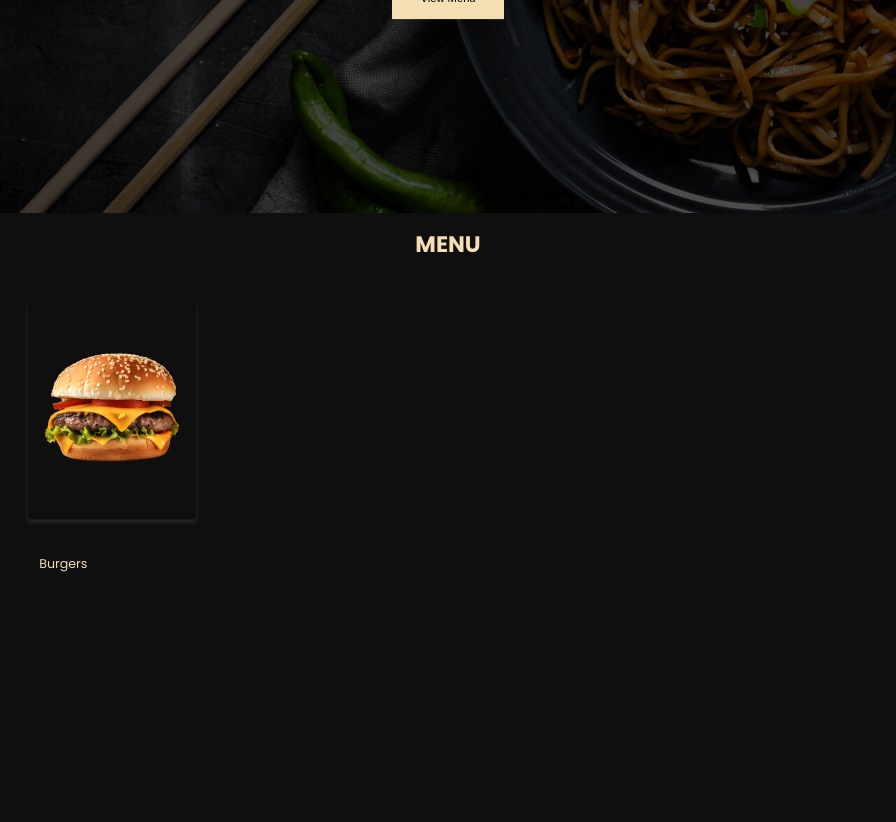
Repository: ThisIsSahaj/NSP
Page: index.html
The author's editor kept a copy of each file at every save. The page is drawn from the files as they stood at one save, then again after the next save.
The browser window is 1280 px wide. The pictures show the part of the page from y = 706 to 2626 px (the page is 1880 px tall before and 2626 px after), at 70% of full size.

Above is the page before, as saved 2023-12-26 22:36:07.

After the next save:
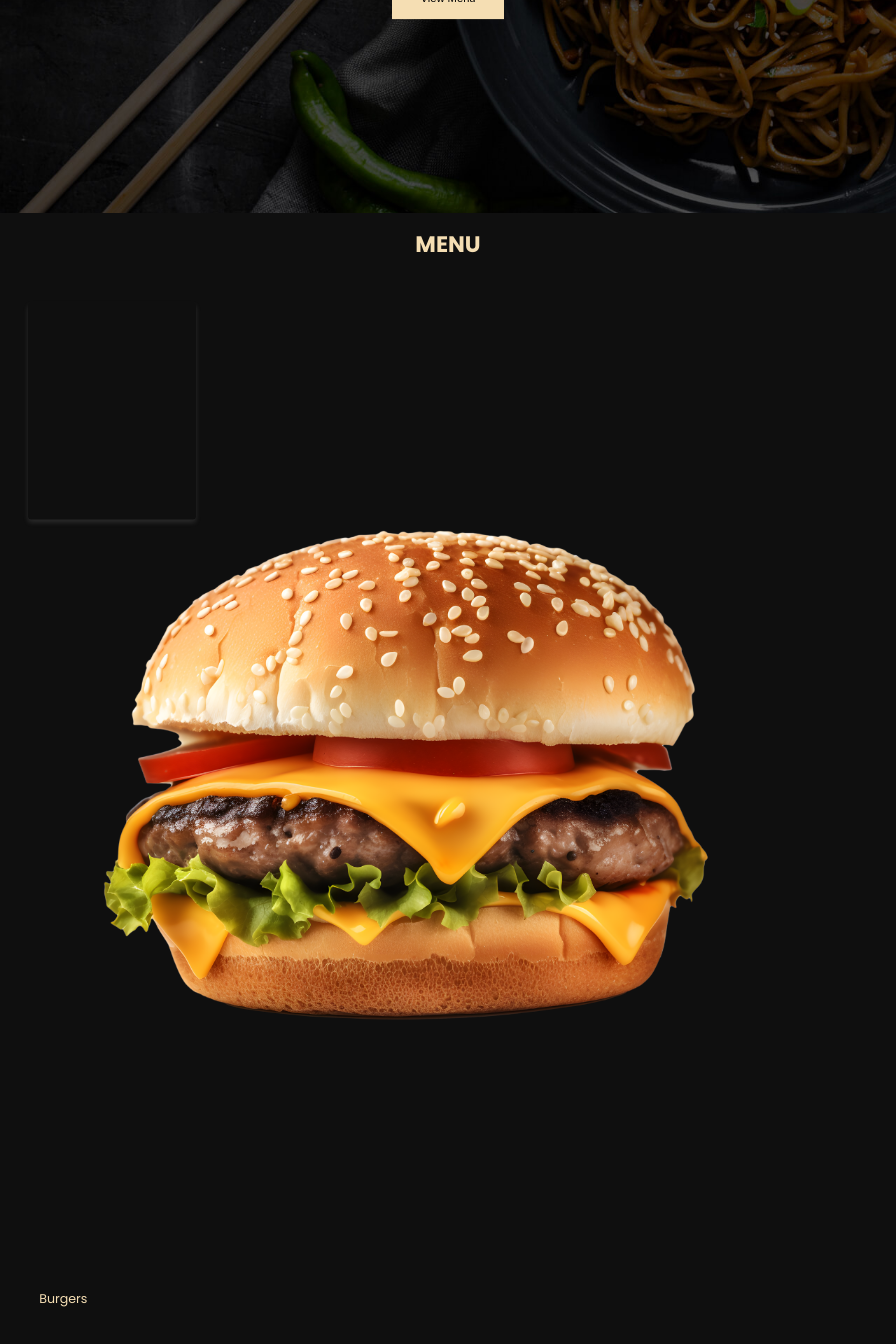
Saved 4 s later.
--- a/index.html
+++ b/index.html
@@ -41,7 +41,7 @@
 
     <div class="cardContainer">
         <div class="card">
-            <img src="/assets/images/burger.png" alt="Avatar" style="width:100%;">
+            <img src="/assets/images/burger.png" alt="Avatar">
             <div class="container">
               <p>Burgers</p>
             </div>

After the save that followed:
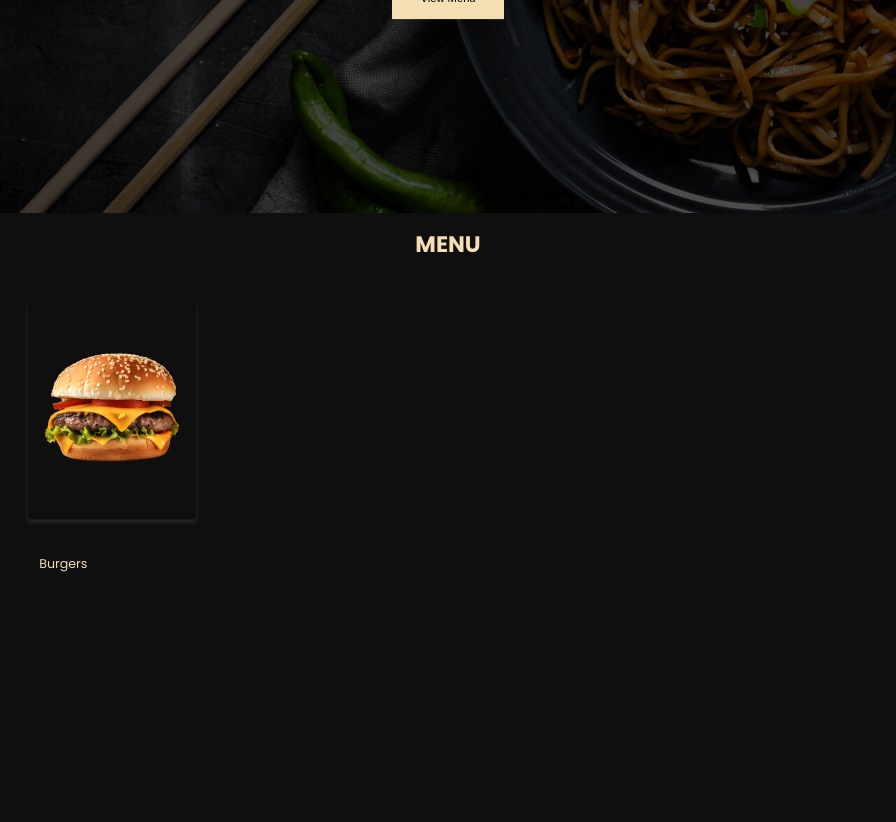
Saved 4 s later.
--- a/index.html
+++ b/index.html
@@ -41,7 +41,7 @@
 
     <div class="cardContainer">
         <div class="card">
-            <img src="/assets/images/burger.png" alt="Avatar">
+            <img src="/assets/images/burger.png" alt="Avatar" style="width:100%;">
             <div class="container">
               <p>Burgers</p>
             </div>
